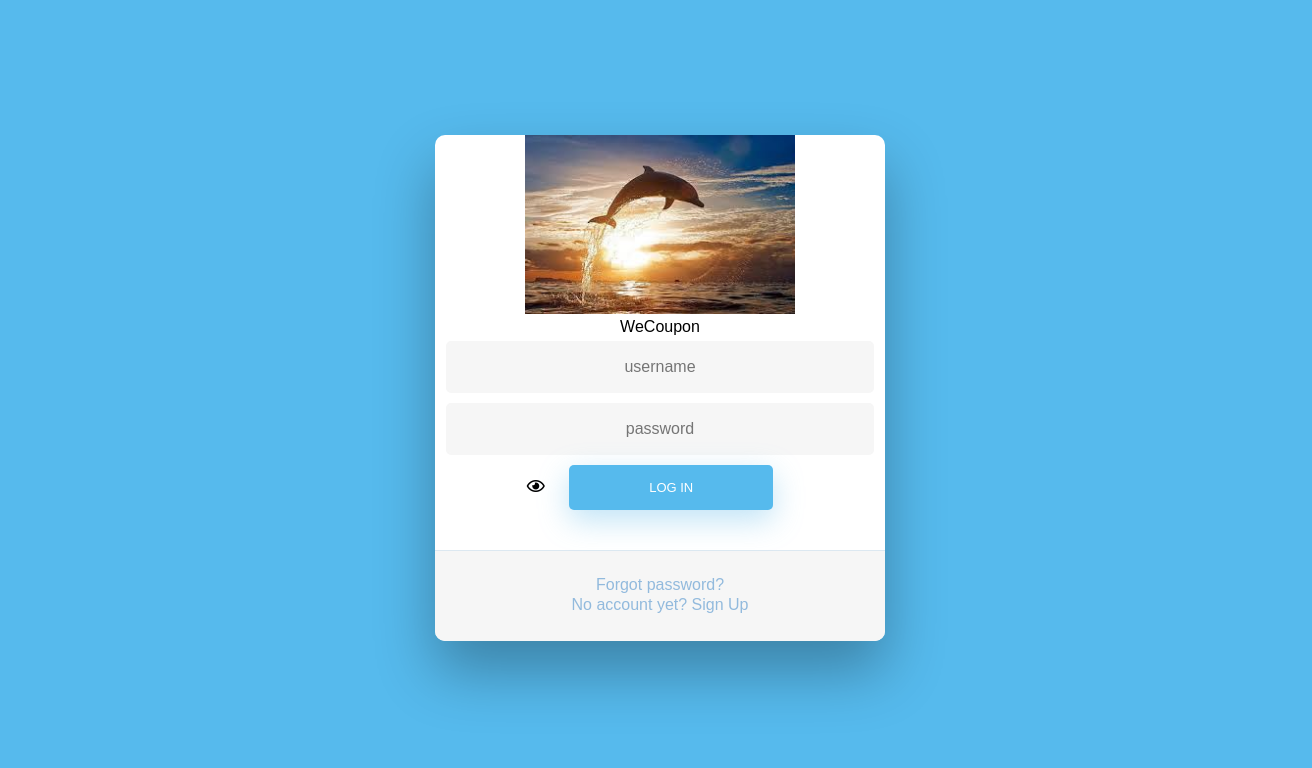
Repository: XUXiangCUHK/WeCoupon
Page: templates/login.html
The author's editor kept a copy of each file at every save. The page is drawn from the files as they stood at one save, then again after the next save.
The browser window is 1280 px wide. The page is 1312 px wide, so the pictures cover 1312 px, including what lies to the right of the window. The pictures show the whole page.
Some web libraries are served in a nearby version.

Above is the page before, as saved 2021-02-27 15:51:29.
Console error: TypeError: Cannot read properties of null (reading 'addEventListener')

After the next save:
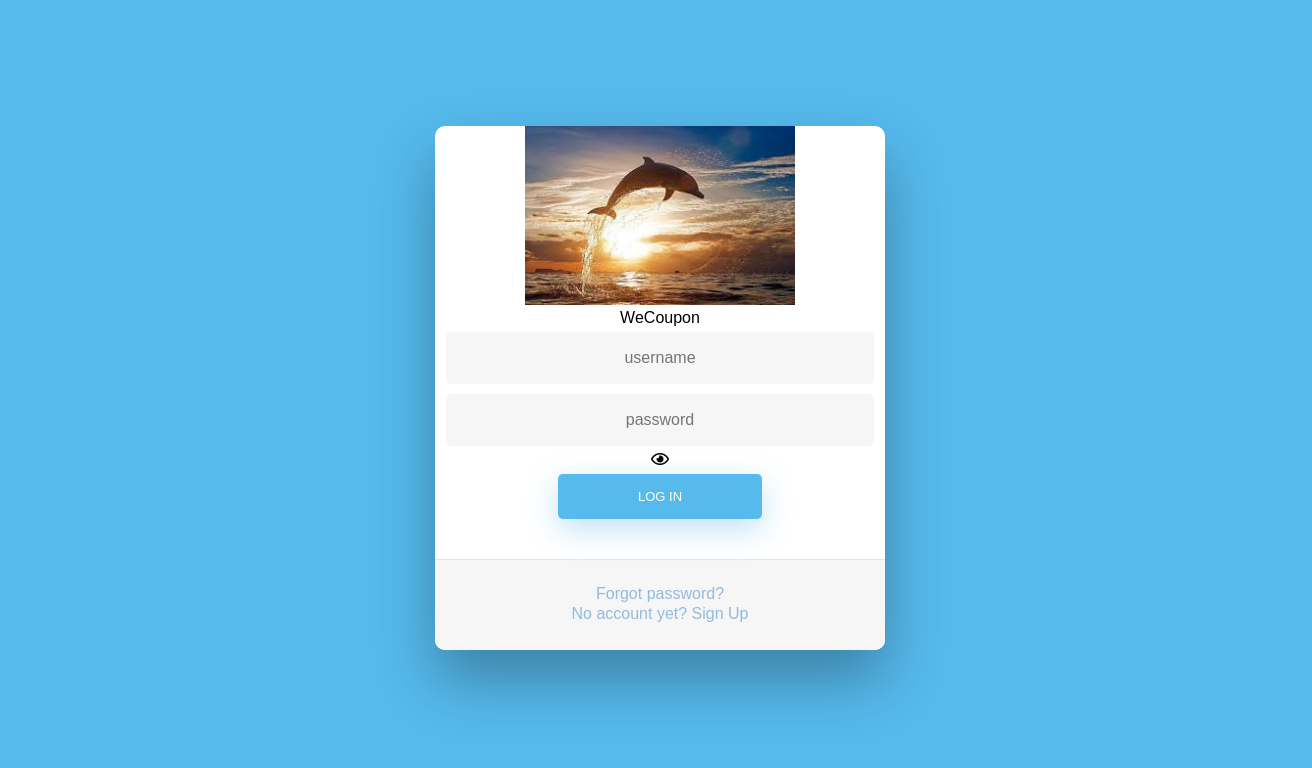
Saved 35 s later.
--- a/templates/login.html
+++ b/templates/login.html
@@ -26,8 +26,10 @@
           <!-- Login Form -->
           <form id="form_id" method="POST">
             <input type="text" id="username" class="fadeIn second" name="login" required="required" placeholder="username">
-            <input type="password" id="password" class="fadeIn third" name="login" required="required" placeholder="password">
-            <i class="far fa-eye" id="togglePassword"></i>
+            <div>
+              <input type="password" id="password" class="fadeIn third" name="login" required="required" placeholder="password">
+              <i class="far fa-eye" id="togglePassword"></i>
+            </div>
             <input type="submit" class="fadeIn fourth" value="Log In" onclick="return processloginform();">
           </form>
 
